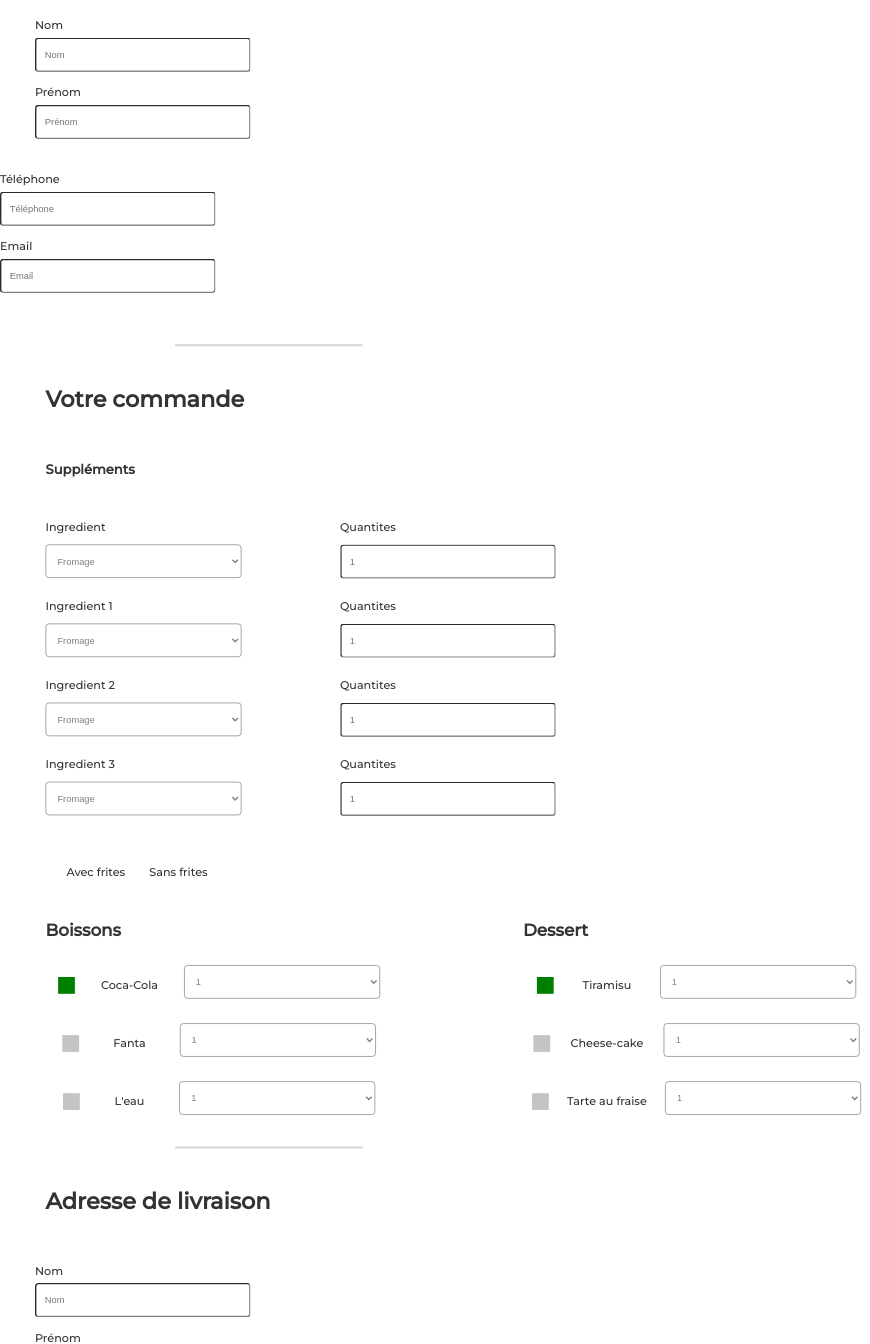
Repository: Ahlam-belhadj/bella-olange
Page: index2.html
The author's editor kept a copy of each file at every save. The page is drawn from the files as they stood at one save, then again after the next save.
The browser window is 768 px wide. The page is 1243 px wide, so the pictures cover 1243 px, including what lies to the right of the window. The pictures show the part of the page from y = 924 to 2844 px (the page is 3775 px tall), at 70% of full size.

Above is the page before, as saved 2023-02-12 01:10:44.

### index2.html
<!DOCTYPE html>
<html lang="en">

<head>
    <meta charset="UTF-8">
    <meta http-equiv="X-UA-Compatible" content="IE=edge">
    <meta name="viewport" content="width=device-width, initial-scale=1.0">
    <link rel="stylesheet" href="style2.css">
    <title>Bella olanje</title>
</head>

<body>
  <header>
    <nav>
      <div class="logo"><img  class="logo" src="image/logo_bella_olonje.png" alt="logo"></div>
      <ul>
          <li><a href="#" class="nav-link">Home</a></li>
          <li><a href="#" class="nav-link">Pizza</a></li>
          <li><a href="#" class="nav-link">Burgers</a></li>
          <li><a href="#" class="nav-link">Salade</a></li>
          <li><a href="#" class="nav-link">Contact</a></li>

      </ul>
      <div class="icon_navbar">
          <label for="click" class="menu-btn">
            <i class="fas fa-bars"></i>
          </label>
      </div>
    </nav>

    <div class="title">
        <div class="texte">
            <h3>Food app</h3>
            <h1>Chez Bella <br>
                chaque désire s'additionne.</h1>
        </div>
    </div>
</header>




    <main>
      <div class="infos" id="form-infos">
        <form>
          <h1>Vos informations</h1>

          <div class="grp_infos">
            <div class="nom_prenom">
              <div class="label1">
                <label class="label_nom">Nom</label><br>
                <input type="text" placeholder="Nom">
              </div>
              <div class="label1">
                <label class="label_nom">Prénom</label><br>
                <input type="text" placeholder="Prénom">
              </div>
            </div>

            <div class="telephone_email">
              <div class="label1">
                <label class="label_nom">Téléphone</label><br>
                <input type="text" placeholder="Téléphone">
              </div>
              <div class="label1">
                <label class="label_nom">Email</label><br>
                <input type="text" placeholder="Email">
              </div>
            </div>
          </div>
        </form>
      </div>

      <hr>

      <div class="commande">
        <form>
          <h1>Votre commande</h1>
          <h3>Suppléments</h3>
          <div class="grp_suppliment">
            <div class="ingredient_quantite">
              <div class="fromage">
                <label>Ingredient</label><br>
                <select name="ingr" class="suppléments">
                  <option value="fromage">Fromage</option>
                  <option value="fromage">Fromage</option>
                  <option value="fromage">Fromage</option>
                  <option value="fromage">Fromage</option>
                  <option value="fromage">Fromage</option>
                  <option value="fromage">Fromage</option>
                  <option value="fromage">Fromage</option>
                </select>
              </div>
              <div class="box">
                <label>Quantites</label><br>
                <input type="number" min="0" placeholder="1">
              </div>
            </div>

            <div class="ingredient_quantite">
             <div class="fromage">
                <label>Ingredient 1</label><br>
                <select name="ingr" class="suppléments">
                  <option value="fromage">Fromage</option>
                  <option value="fromage">Fromage</option>
                  <option value="fromage">Fromage</option>
                  <option value="fromage">Fromage</option>
                  <option value="fromage">Fromage</option>
                  <option value="fromage">Fromage</option>
                  <option value="fromage">Fromage</option>
                </select>
              </div>
              <div class="box">
                <label>Quantites</label><br>
                <input type="number" min="0" placeholder="1">
              </div>
            </div>

            <div class="ingredient_quantite">
              <div class="fromage">
                <label>Ingredient 2</label><br>
                <select name="ingr" class="suppléments">
                  <option value="fromage">Fromage</option>
                  <option value="fromage">Fromage</option>
                  <option value="fromage">Fromage</option>
                  <option value="fromage">Fromage</option>
                  <option value="fromage">Fromage</option>
                  <option value="fromage">Fromage</option>
                  <option value="fromage">Fromage</option>
                </select>
              </div>
              <div class="box">
                <label>Quantites</label><br>
                <input type="number" min="0" placeholder="1">
              </div>
            </div>

            <div class="ingredient_quantite">
              <div class="fromage">
                <label>Ingredient 3</label><br>
                <select name="ingr" class="suppléments">
                  <option value="fromage">Fromage</option>
                  <option value="fromage">Fromage</option>
                  <option value="fromage">Fromage</option>
                  <option value="fromage">Fromage</option>
                  <option value="fromage">Fromage</option>
                  <option value="fromage">Fromage</option>
                  <option value="fromage">Fromage</option>
                </select>
              </div>
              <div class="box">
                <label>Quantites</label><br>
                <input type="number" min="0" placeholder="1">
              </div>
            </div>
          </div>


          <div class="check2">
            <label class="container">Avec frites
              <input type="radio" checked="checked" name="radio">
              <span class="checkmark"></span>
            </label>
            <label class="container">Sans frites
              <input type="radio" name="radio">
              <span class="checkmark"></span>
            </label>
          </div>


          <div class="all">
            <div class="content_of_boisson">
                <h2>Boissons</h2>
                <div class="boissons">
                    <div class="carre"></div>
                    <label>Coca-Cola</label>
                    <select name="Fromage" class="Fromage" style="margin-top: 10px;">
                      <option value="">1</option>
                      <option value="">2</option>
                      <option value="">3</option>
                      <option value="">4</option>
                    </select>
                </div>
                <div class="boissons">
                    <div class="carre grey"></div>
                    <label>Fanta</label>
                    <select name="Fromage" class="Fromage" style="margin-top: 10px;">
                      <option value="">1</option>
                      <option value="">2</option>
                      <option value="">3</option>
                      <option value="">4</option>
                    </select>
                </div>
                <div class="boissons">
                    <div class="carre grey"></div>
                    <label>L'eau</label>
                    <select name="Fromage" class="Fromage" style="margin-top: 10px;">
                      <option value="">1</option>
                      <option value="">2</option>
                      <option value="">3</option>
                      <option value="">4</option>
                    </select>
                </div>
            </div>

            <div class="content_of_dessert">
                <h2>Dessert</h2>
                <div class="boissons dessert">
                    <div class="carre"></div>
                    <label>Tiramisu</label>
                    <select name="Fromage" class="Fromage" style="margin-top: 10px;">
                        <option value="">1</option>
                        <option value="">2</option>
                        <option value="">3</option>
                        <option value="">4</option>
                    </select>
                </div>
                <div class="boissons dessert">
                    <div class="carre grey"></div>
                    <label>Cheese-cake</label>
                    <select name="Fromage" class="Fromage" style="margin-top: 10px;">
                      <option value="">1</option>
                      <option value="">2</option>
                      <option value="">3</option>
                      <option value="">4</option>
                    </select>
                </div>
                <div class="boissons dessert">
                    <div class="carre grey"></div>
                    <label>Tarte au fraise</label>
                    <select name="Fromage" class="Fromage" style="margin-top: 10px;">
                      <option value="">1</option>
                      <option value="">2</option>
                      <option value="">3</option>
                      <option value="">4</option>
                    </select>
                </div>
            </div>
            </div>
        </form>
      </div>

      <hr>

      <div class="livraison">
        <form>
          <h1>Adresse de livraison</h1>
          <div class="grp_infos">
            <div class="nom_prenom">
              <div class="label1">
                <label class="label_nom">Nom</label><br>
                <input type="text" placeholder="Nom">
              </div>
              <div class="label1">
                <label class="label_nom">Prénom</label><br>
                <input type="text" placeholder="Prénom">
              </div>
            </div>

            <div class="telephone_email">
              <div class="label1">
                <label class="label_nom">Téléphone</label><br>
                <input type="text" placeholder="Téléphone">
              </div>
              <div class="label1">
                <label class="label_nom">Email</label><br>
                <input type="text" placeholder="Email">
              </div>
            </div>
            <div class="nom_prenom">
              <div class="label1">
                <label class="label_nom">Adresse</label><br>
                <input type="text" placeholder="Adresse">
              </div>
              <div class="label1">
                <label class="label_nom">Code postale</label><br>
                <input type="text" placeholder="Code postale">
              </div>
            </div>

            <div class="telephone_email">
              <div class="label1">
                <label class="label_nom">Ville</label><br>
                <input type="text" placeholder="Ville">
              </div>
              <div class="label1">
                <label class="label_nom">Pays</label><br>
                <input type="text" placeholder="Pays">
              </div>
            </div>
          </div>
            <div class="div_button"><button class="button" type="button">Envoyer</button></div>
        </form>

      </div>
    </main>

</body>

</html>

### style2.css
@import url('https://fonts.googleapis.com/css2?family=Montserrat:wght@100;200;500&display=swap');

body {
    font-family: Montserrat, sans-serif;
    margin: auto;
}


.logo {
    height: 80px;
}

nav {
    display: flex;
    height: 80px;
    width: 100%;
    background: white;
    align-items: center;
    justify-content: space-between;
    padding: 0 50px 0 100px;
    flex-wrap: wrap;
  }

  nav .logo {
    color: #fff;
    font-size: 20px;
    text-transform: uppercase;
    text-decoration: none;
  }

  nav a {
    color: #fff;
    text-decoration: none;
  }

  nav ul {
    display: flex;
    flex-wrap: wrap;
    list-style: none;

  }

  nav ul li {
    margin: 0 5px;
  }

  nav ul li a {
    color: black;
    text-decoration: none;
    font-size: 16px;
    font-weight: 500;
    padding: 8px 15px;
    border-radius: 5px;
    letter-spacing: 1px;
    transition: all 0.3s ease;
  }

  nav .icon_navbar {
    display: flex;
  }



  nav .menu-btn i {
    color: #050505;
    font-size: 22px;
    cursor: pointer;

  }

  input[type="checkbox"] {
    display: none;
  }

  @media (max-width: 1000px) {
    nav {
      padding: 0 40px 0 50px;
    }

    nav .logo {
      color: #fff;
      font-size: 16px;
      text-transform: uppercase;
    }
  }

  @media (max-width: 1250px) {
    nav .menu-btn i {
      display: block;
    }

    #click:checked~.menu-btn i:before {
      content: "\f00d";
    }

    nav ul {
      position: fixed;
      top: 80px;
      right: -100%;
      background: #C81100;
      height: 100vh;
      width: 60%;
      text-align: center;
      display: block;
      transition: all 0.3s ease;
    }

    #click:checked~ul {
      right: 0;
    }

    nav ul li {
      width: 100%;
      margin: 40px 0;
    }

    nav ul li a {
      width: 100%;
      display: block;
      font-size: 20px;
      transition: 0.6s cubic-bezier(0.68, -0.55, 0.265, 1.55);
    }

    #click:checked~ul li a {
      margin-left: 0px;
    }

    nav ul li a.active,
    nav ul li a:hover {
      background: none;
      color: #1E1E1E;
    }
  }
.title {
  background-image: url(image/Rectangle\ 48.png);
  height: 619px;
  background-repeat: no-repeat;
  background-position: center;
  background-size: cover;



}

.texte{
    color: white;
    display: flex;
    align-items: center;
    justify-content: center;
    flex-direction: column;
    text-align: center;
    height: 50%;
}



/*food_app*/
.title_food_app {
    padding-top: 50px;
}

.food_app{
    background-image: url(./img/food_app.png);
    min-height: 90vh;
    background-repeat: no-repeat;
    background-position: center;
    background-size: cover;
}
.title_food_app h3 {
    font-family: 'Montserrat';
    font-style: normal;
    font-weight: 550;
    font-size: 24px;
    line-height: 36px;
    text-align: center;
    letter-spacing: 0.1px;
    color: #F7F7F7;
    padding-top: 50px;
}

.title_food_app{

    font-family: Montserrat;
    font-style: normal;
    font-weight: 600;
    font-size: 58px;
    line-height: 80px;
    text-align: center;
    letter-spacing: 0.2px;
    color: #FFFFFF;
}

.title_pizza {
    display: flex;
    justify-content: center;
    color: #000000;
}
/*food_app*/


/*infos*/


.ingredient_quantite{
    display: flex;
    flex-direction:row;
    justify-content: flex-start;
    gap: 20%;
    margin-bottom: 10px;
}


main {
    color: #333333;
}

.label1 input {
    width: 280px;
    height: 35px;
    margin-bottom: 20px;
    margin-top: 8px;
    padding: 5px 12px;
    color: grey;
    border-radius: 5px;
    border-color: gray;
}


.infos h1 {
    padding: 85px;
}

hr {
    height: 3px;
    background-color:#d8d8d8;
    border: none;
    margin: 25px 250px 25px;
}

.nom_prenom {
    display: flex;
    justify-content: space-around;
    padding-right: 400px;
    padding-bottom: 28px;
}
.telephone_email {
    display: flex;
    justify-content: space-around;
    padding-right: 400px;
    padding-bottom: 28px;
}

/*infos*/

/*livraison*/

.livraison h1 {
    margin-left: 65px;
    padding-top: 30px;
    padding-bottom: 50px;
}
/*livraison*/

/*commande*/
.suppléments {
    width: 280px;
    height: 48px;
    margin-bottom: 20px;
    margin-top: 15px;
    padding: 5px 12px;
    color: grey;
    border-radius: 5px;
    border-color: gray;
    background-color: #FFFFFF;
}


.commande {
    margin-left: 65px;
}

.commande h1 {
    padding-top: 30px;
}

.commande h3 {
    padding-top: 50px;
    padding-bottom: 42px;
}

.box input {
    width: 280px;
    height: 35px;
    margin-bottom: 20px;
    margin-top: 15px;
    padding: 5px 12px;
    color: grey;
    border-radius: 5px;
    border-color: gray;
}

.boissons_dessert {
    display: flex;
    flex-direction: row;
}

/*commande*/


.div_button {
    padding: 50px 150px 70px 0px;
    display: flex;
    justify-content: flex-end;
}

button {
    border: 0;
    line-height: 2.5;
    width: 120px;
    padding: 0 18px;
    font-size: 18px;
    text-align: center;
    color: #fff;
    border-radius: 20px;
    background-color: #FA4A0C;
    box-shadow: 1px 1px 5px #B73227;
}


/*dessert et boissons*/

.avec, .sans {
    display: flex;
    flex-direction: row;
    justify-content: space-around;
    width: 150px;
    height: 40px;
    align-items: center;
}

.sans_f {
    padding-top: 39px;
    padding-left: 50px;
}
.avec_f {
    padding-left: 10px;
}

.boissons{
    display: flex;
    align-items: center;
    justify-content: space-around;
    width: 31rem;
    padding-top: 5px;
}

.carre {
    width: 24px;
    height: 24px;
    background-color: green;
}

.carre.grey {
    background-color: #C4C4C4;
}

.all {
    display: flex;
}

.content_of_dessert {
    margin-left: 186px;
}

.Fromage {
    padding: 7px;
    border-radius: 5px;
    width: 280px;
    height: 48px;
    margin-bottom: 20px;
    margin-top: 8px;
    padding: 5px 12px;
    color: grey;
    border-radius: 5px;
    border-color: gray;
    background-color: #FFFFFF;
}
/*dessert et boissons*/


/*checkbox*/
.check2 {
    padding-top: 40px;
    padding-bottom: 40px;
}
.container {
    padding-left: 30px;
    margin-bottom: 12px;
    cursor: pointer;
    font-size: 16px;


  }

  .container input {
    position: absolute;
    opacity: 0;
    cursor: pointer;
  }

  .checkmark {
    position: absolute;
    top: 0;
    left: 0;
    height: 21px;
    width: 21px;
    background-color: rgba(176, 176, 176, 0.677);
    border-radius: 50%;
}




  .container input:checked  .checkmark {
    background-color: #2e3983;
  }

  .checkmark:after {
    position: absolute;
    display: none;
  }

  .container input:checked ~ .checkmark:after {
    display: block;
  }

  .container .checkmark:after {
       top: 9px;
      left: 9px;
      width: 8px;
      background: white;
  }
/*checkbox*/

@media (max-width:800px) {
.infos h1{
    text-align: center;
}
.nom_prenom {
    justify-content: center;
   flex-direction: column;
   padding-left: 50px;
}
.telephone_email {
   flex-direction: column;
}
}

After the next save:
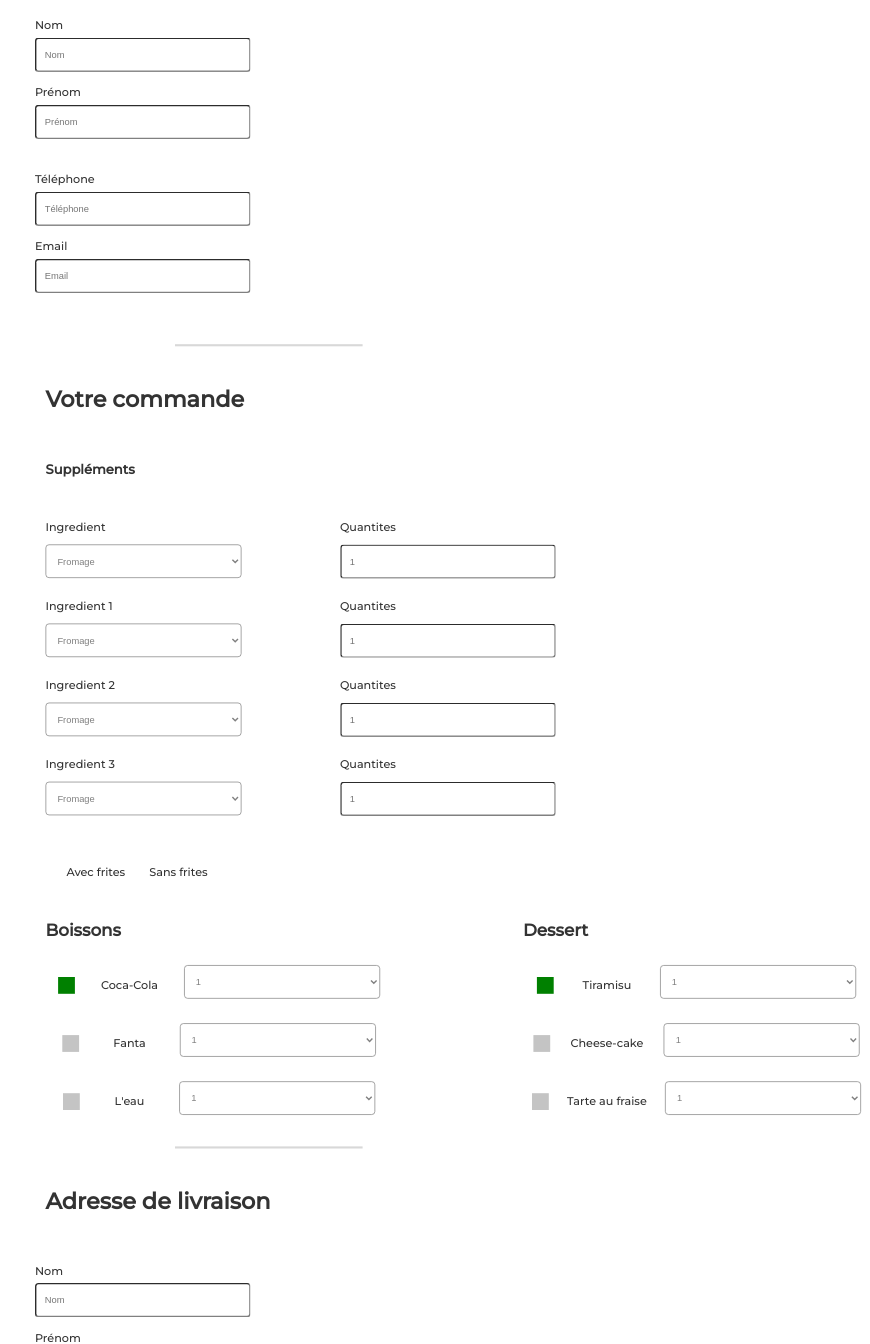
Saved 6 s later.
--- a/style2.css
+++ b/style2.css
@@ -453,5 +453,6 @@ button {
 }
 .telephone_email {
    flex-direction: column;
-}
-}
+   padding-left: 50px;
+}
+}
